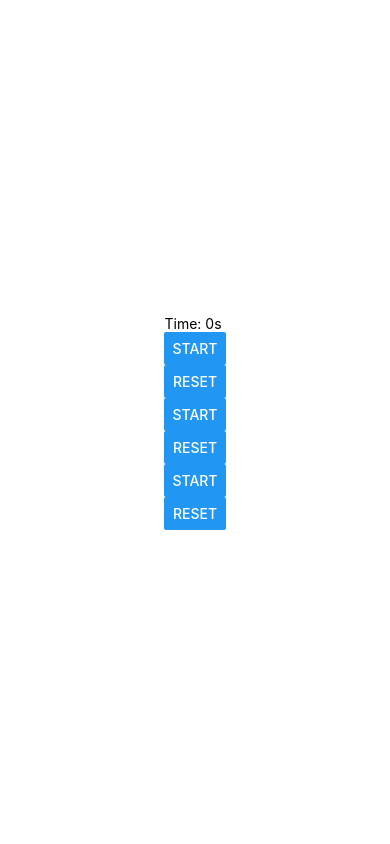
Repository: Shopify/eng-intern-assessment-react-native
Screen: /
An editor plug-in stored every save of this project. The screen is shown before and after the next save, followed by the edit.
The app was drawn by React Native's web renderer in a window 390 px wide. The project was rebuilt for these pictures with package versions that can differ from the ones it lists, and the page was loaded fresh each time.

Above is the screen before, as saved 2024-01-13 12:00:08.

### App.tsx
import { StatusBar } from 'expo-status-bar';
import { StyleSheet, Text, View } from 'react-native';
import StopWatch from './src/StopWatch';

export default function App() {
  return (
    <View style={styles.container}>
      <StopWatch></StopWatch>
      <StatusBar style="auto" />
    </View>
  );
}

const styles = StyleSheet.create({
  container: {
    flex: 1,
    backgroundColor: '#fff',
    alignItems: 'center',
    justifyContent: 'center',
  },
});

### src/StopWatch.tsx
import React, { useState, useEffect } from 'react';
import { Text, View } from 'react-native';
import StopWatchButton from './StopWatchButton';

const StopWatch = () => {
  const [isRunning, setIsRunning] = useState(false);
  const [timeElapsed, setTimeElapsed] = useState(0);
  const [laps, setLaps] = useState<number[]>([]);

  useEffect(() => {
    let interval: ReturnType<typeof setInterval>;
    if (isRunning) {
      interval = setInterval(() => {
        setTimeElapsed(prevTime => prevTime + 1); // Assuming timeElapsed is in seconds
      }, 1000);
    }
    return () => clearInterval(interval);
  }, [isRunning]);

  const handleStartStop = () => {
    setIsRunning(!isRunning);
  };

  const handleLap = () => {
    setLaps([...laps, timeElapsed]);
  };

  const handleReset = () => {
    setIsRunning(false);
    setTimeElapsed(0);
    setLaps([]);
  };

  return (
    <View>
      <Text>{`Time: ${timeElapsed}s`}</Text>
      {laps.map((lap, index) => (
        <Text key={index}>{`Lap ${index + 1}: ${lap}s`}</Text>
      ))}
      <StopWatchButton title={isRunning ? "Stop" : "Start"} onPress={handleStartStop} />
      <StopWatchButton title="Lap" onPress={handleLap} />
      <StopWatchButton title="Reset" onPress={handleReset} />
    </View>
  );
};

export default StopWatch;

### src/StopWatchButton.tsx
// Importing necessary modules from React and React Native
import React from 'react';
import { Button, View } from 'react-native';

// TypeScript interface for props
interface StopWatchButtonProps {
  onStartStop: () => void;
  onReset: () => void;
  isRunning: boolean;
  timeElapsed: number;
}

const StopWatchButton: React.FC<StopWatchButtonProps> = ({ onStartStop, onReset, isRunning, timeElapsed }) => {
  return (
    <View>
      <Button title={isRunning ? 'Stop' : 'Start'} onPress={onStartStop} />
      <Button title="Reset" onPress={onReset} disabled={!isRunning && timeElapsed === 0} />
    </View>
  );
};

export default StopWatchButton;

After the next save:
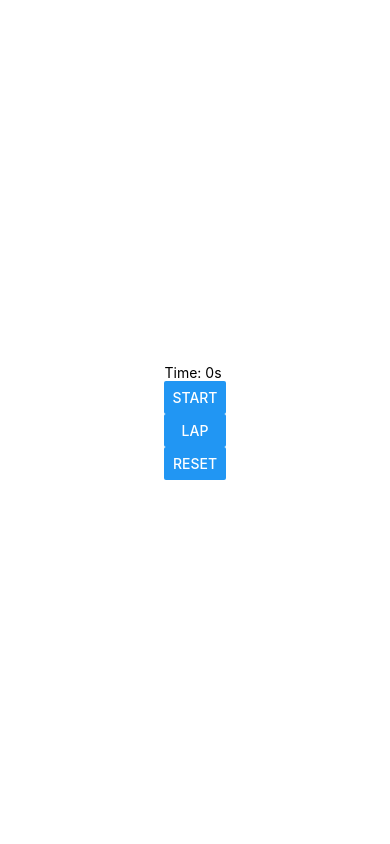
Saved 2 s later.
--- a/src/StopWatchButton.tsx
+++ b/src/StopWatchButton.tsx
@@ -1,20 +1,15 @@
-// Importing necessary modules from React and React Native
 import React from 'react';
 import { Button, View } from 'react-native';
 
-// TypeScript interface for props
-interface StopWatchButtonProps {
-  onStartStop: () => void;
-  onReset: () => void;
-  isRunning: boolean;
-  timeElapsed: number;
-}
+type Props = {
+  title: string;
+  onPress: () => void;
+};
 
-const StopWatchButton: React.FC<StopWatchButtonProps> = ({ onStartStop, onReset, isRunning, timeElapsed }) => {
+const StopWatchButton: React.FC<Props> = ({ title, onPress }) => {
   return (
     <View>
-      <Button title={isRunning ? 'Stop' : 'Start'} onPress={onStartStop} />
-      <Button title="Reset" onPress={onReset} disabled={!isRunning && timeElapsed === 0} />
+      <Button title={title} onPress={onPress} />
     </View>
   );
 };
